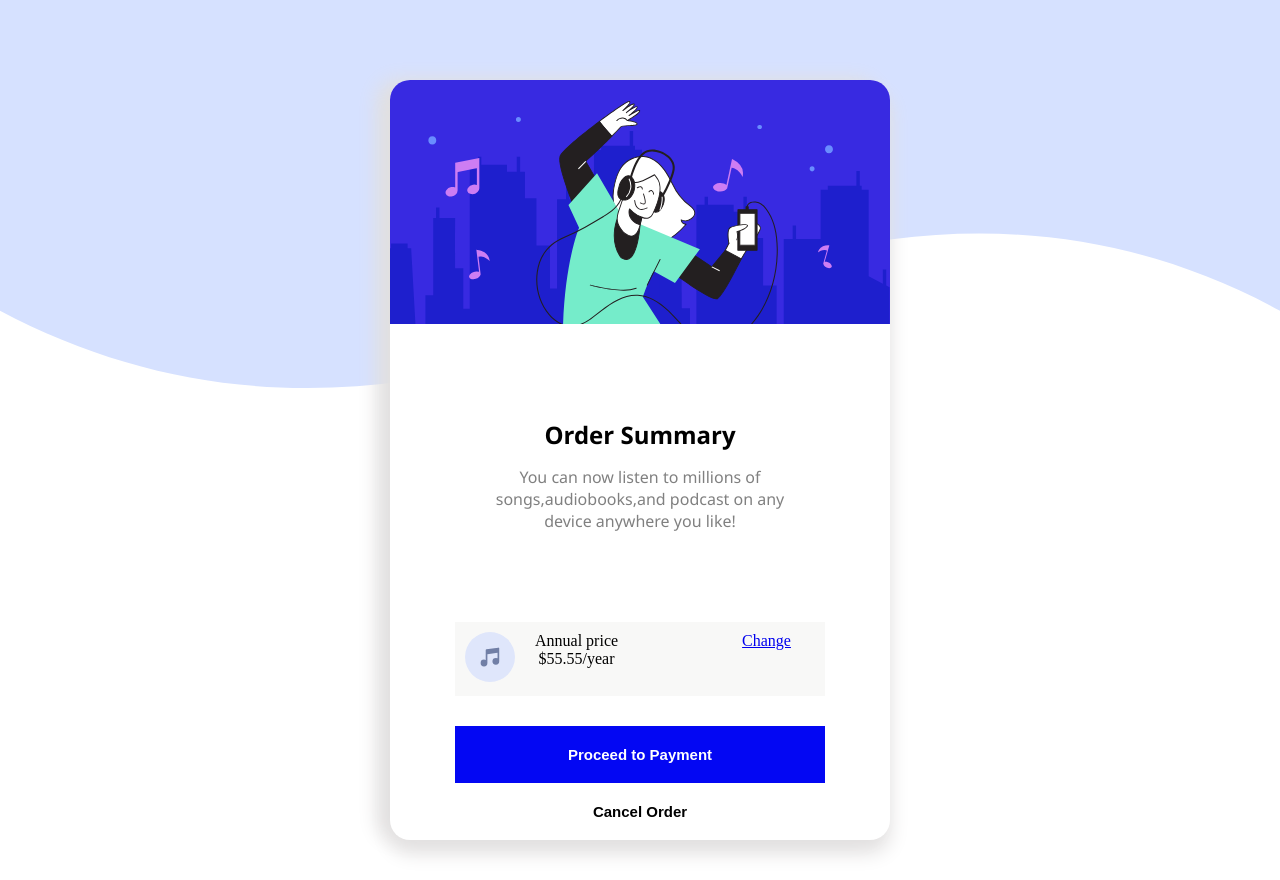
Repository: Eugene44-hub/newbie-project
Page: index.html
An editor plug-in stored every save of this project. The page is shown before and after the next save, followed by the edit.
The browser window is 1280 px wide. The pictures show the whole page.

Above is the page before, as saved 2021-08-29 10:03:03.

After the next save:
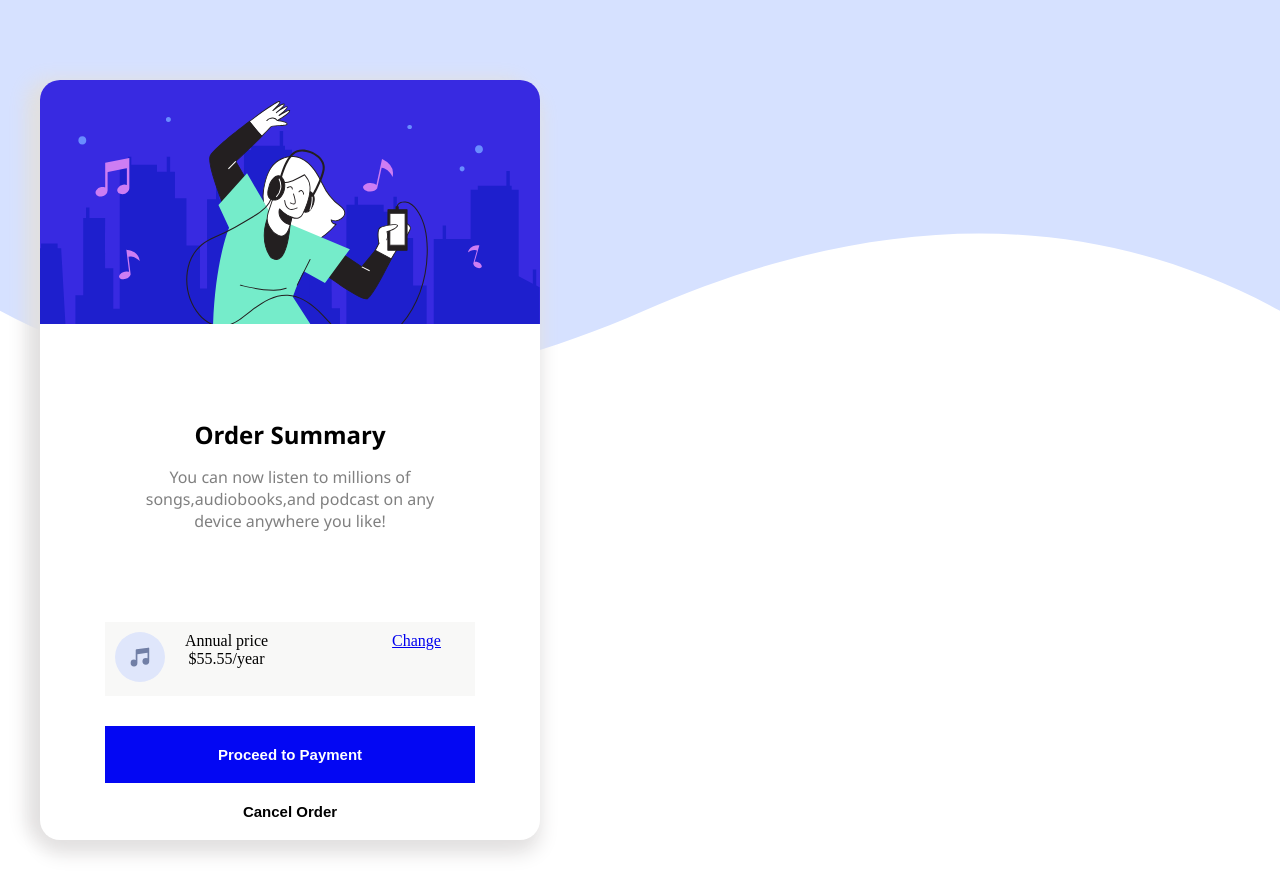
Saved 20 s later.
--- a/style.css
+++ b/style.css
@@ -19,7 +19,7 @@
 .card {
     margin-top: 40px;
     padding: 40px;
-    max-width: 600px;
+    width: 100%;
 }
 
 img {
